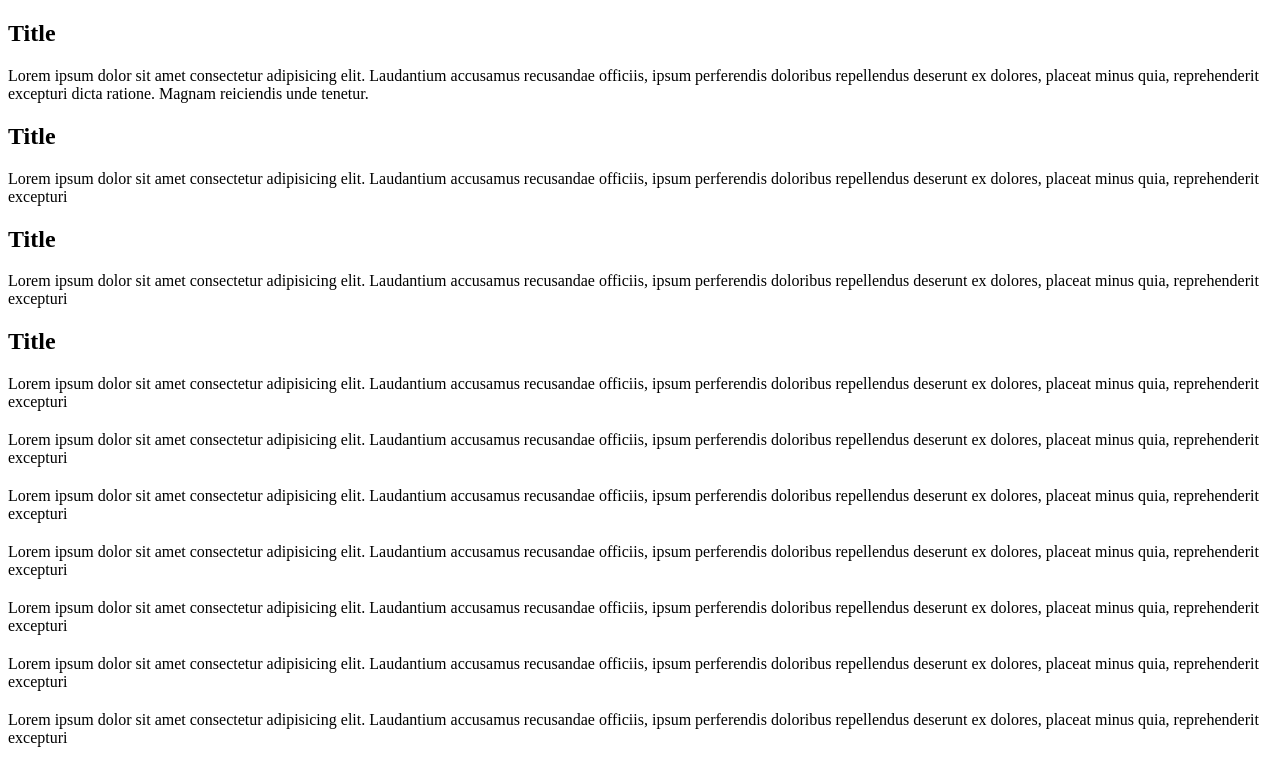
Repository: DevMike1993/100_Projects_HTML_CSS_JAVASCRIPT
Page: 03_Custom_Scrollbar/index.html
An editor plug-in stored every save of this project. The page is shown before and after the next save, followed by the edit.
The browser window is 1280 px wide. The pictures show the whole page.

Above is the page before, as saved 2023-11-26 18:06:08.

After the next save:
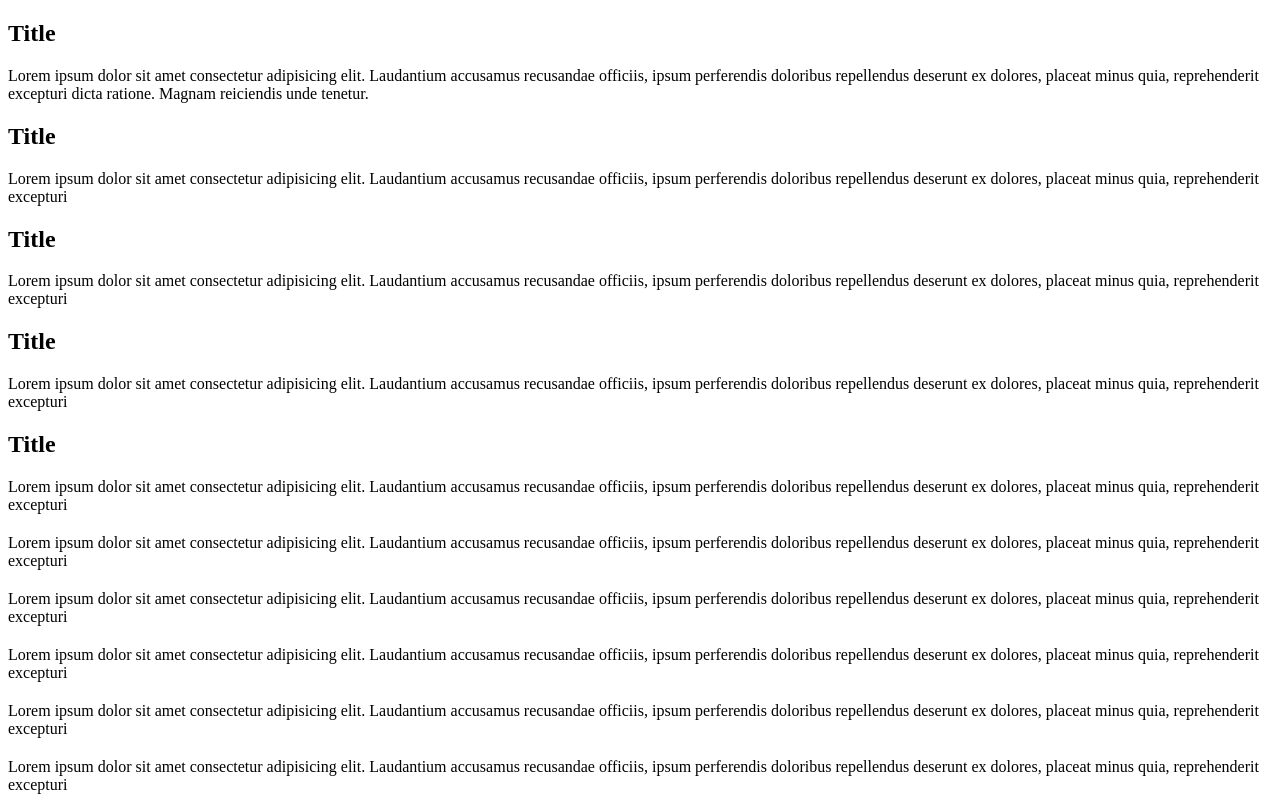
Saved 5 s later.
--- a/03_Custom_Scrollbar/index.html
+++ b/03_Custom_Scrollbar/index.html
@@ -11,6 +11,10 @@
         <div class="card">
             <h2 class="card-title">Title</h2>
             <p>Lorem ipsum dolor sit amet consectetur adipisicing elit. Laudantium accusamus recusandae officiis, ipsum perferendis doloribus repellendus deserunt ex dolores, placeat minus quia, reprehenderit excepturi dicta ratione. Magnam reiciendis unde tenetur.</p>
+        </div>
+        <div class="card">
+            <h2 class="card-title">Title</h2>
+            <p>Lorem ipsum dolor sit amet consectetur adipisicing elit. Laudantium accusamus recusandae officiis, ipsum perferendis doloribus repellendus deserunt ex dolores, placeat minus quia, reprehenderit excepturi
         </div>
         <div class="card">
             <h2 class="card-title">Title</h2>
@@ -44,10 +48,6 @@
             <h2 class="card-title"></h2>
             <p>Lorem ipsum dolor sit amet consectetur adipisicing elit. Laudantium accusamus recusandae officiis, ipsum perferendis doloribus repellendus deserunt ex dolores, placeat minus quia, reprehenderit excepturi
         </div>
-        <div class="card">
-            <h2 class="card-title"></h2>
-            <p>Lorem ipsum dolor sit amet consectetur adipisicing elit. Laudantium accusamus recusandae officiis, ipsum perferendis doloribus repellendus deserunt ex dolores, placeat minus quia, reprehenderit excepturi
-        </div>
     </section>
 
 </body>
